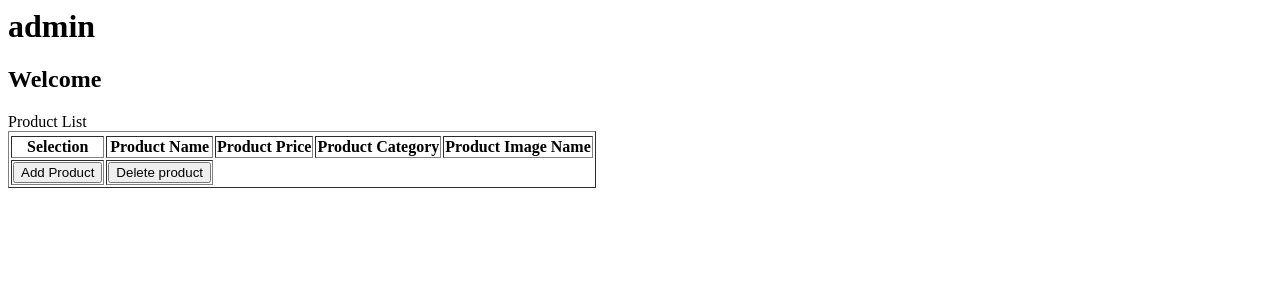
Repository: mohitpratapsingh/GSAP2015
Page: http://localhost/Team-C/WEB-INF/views/adminHome.jsp
The author's editor kept a copy of each file at every save. The page is drawn from the files as they stood at one save, then again after the next save.
The browser window is 1280 px wide. The pictures show the whole page.
The page is served by Tomcat 9. Nobody is signed in. The template is opened directly, without the code that normally fills it, so the values that code supplies are empty.

Above is the page before, as saved 2015-09-07 11:54:42.

After the next save:
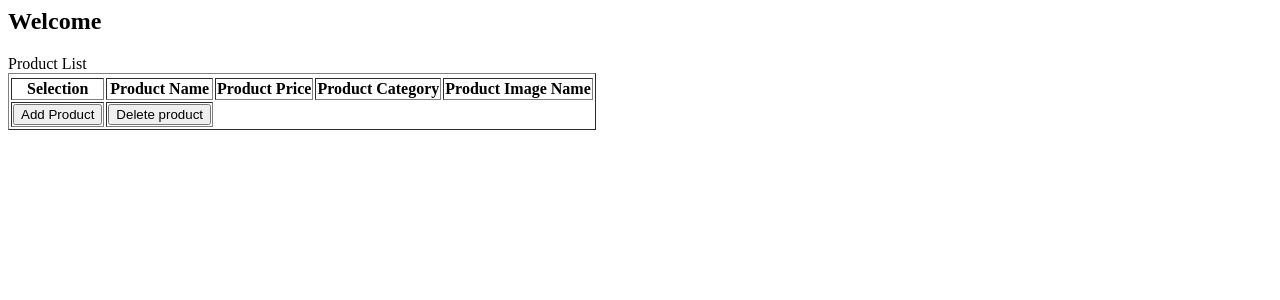
Saved 18 min 50 s later.
--- a/Team-C/src/main/webapp/WEB-INF/views/adminHome.jsp
+++ b/Team-C/src/main/webapp/WEB-INF/views/adminHome.jsp
@@ -8,9 +8,6 @@
 	<title>Home</title>
 </head>
 <body>
-<h1>
-admin
-</h1>
 <h2>
 Welcome ${dataMap.get("user").getUserFname()}
 </h2>
